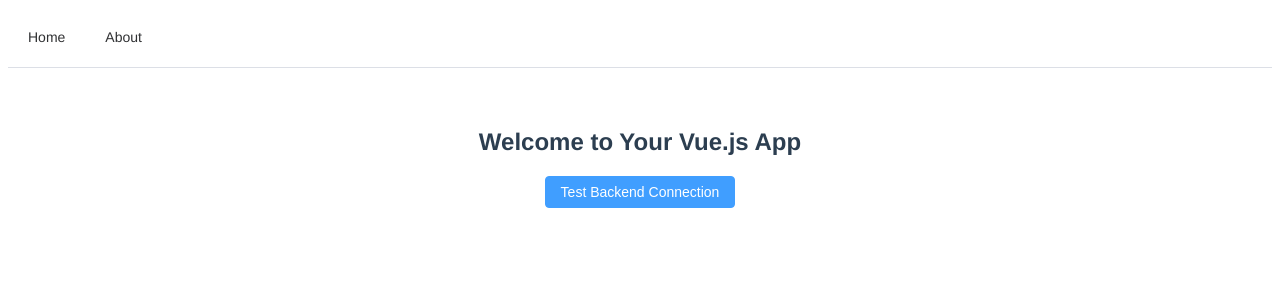
Repository: qqqq121114/se_417
Page: / (app in client/)
The author's editor kept a copy of each file at every save. The page is drawn from the files as they stood at one save, then again after the next save.
The browser window is 1280 px wide. The pictures show the whole page.
The project was rebuilt for these pictures with package versions that can differ from the ones it lists, and the page was loaded fresh each time. Also part of the build but not shown: client/vite.config.js.

Above is the page before, as saved 2024-12-07 21:13:57.

### client/src/main.js
import { createApp } from 'vue'
import { createPinia } from 'pinia'
import ElementPlus from 'element-plus'
import 'element-plus/dist/index.css'
import App from './App.vue'
import router from './router'

const app = createApp(App)

app.use(createPinia())
app.use(router)
app.use(ElementPlus)

app.mount('#app')

### client/src/App.vue
<template>
  <div id="app">
    <el-container>
      <el-header>
        <el-menu mode="horizontal" router>
          <el-menu-item index="/">Home</el-menu-item>
          <el-menu-item index="/about">About</el-menu-item>
        </el-menu>
      </el-header>
      <el-main>
        <router-view></router-view>
      </el-main>
    </el-container>
  </div>
</template>

<script setup>
import { ElContainer, ElHeader, ElMain, ElMenu, ElMenuItem } from 'element-plus'
import 'element-plus/dist/index.css'
</script>

<style>
#app {
  font-family: Avenir, Helvetica, Arial, sans-serif;
  -webkit-font-smoothing: antialiased;
  -moz-osx-font-smoothing: grayscale;
  color: #2c3e50;
}

.el-header {
  padding: 0;
}

.el-main {
  padding: 20px;
}
</style>

### client/src/router/index.js
import { createRouter, createWebHistory } from 'vue-router'
import Home from '../views/Home.vue'

const routes = [
  {
    path: '/',
    name: 'Home',
    component: Home
  },
  {
    path: '/about',
    name: 'About',
    component: () => import('../views/About.vue')
  }
]

const router = createRouter({
  history: createWebHistory(),
  routes
})

export default router

### client/src/views/Home.vue
<template>
  <div class="home">
    <h1>Welcome to Your Vue.js App</h1>
    <el-button type="primary" @click="testBackend">Test Backend Connection</el-button>
    <p v-if="message">{{ message }}</p>
  </div>
</template>

<script setup>
import { ref } from 'vue'
import axios from 'axios'

const message = ref('')

const testBackend = async () => {
  try {
    const response = await axios.get('http://localhost:3000')
    message.value = response.data.message
  } catch (error) {
    message.value = 'Error connecting to backend'
    console.error('Error:', error)
  }
}
</script>

<style scoped>
.home {
  padding: 20px;
  text-align: center;
}
</style>

Loaded but not shown: client/index.html (common file)

After the next save:
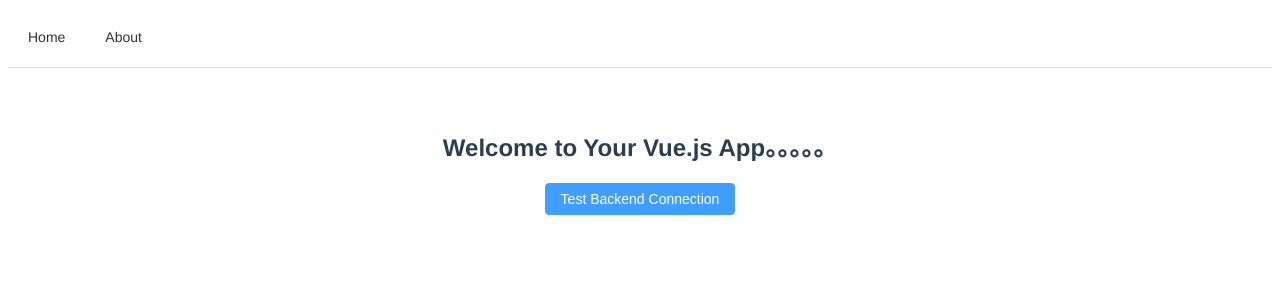
Saved 72 min 6 s later.
--- a/client/src/views/Home.vue
+++ b/client/src/views/Home.vue
@@ -1,6 +1,6 @@
 <template>
   <div class="home">
-    <h1>Welcome to Your Vue.js App</h1>
+    <h1>Welcome to Your Vue.js App。。。。。</h1>
     <el-button type="primary" @click="testBackend">Test Backend Connection</el-button>
     <p v-if="message">{{ message }}</p>
   </div>
